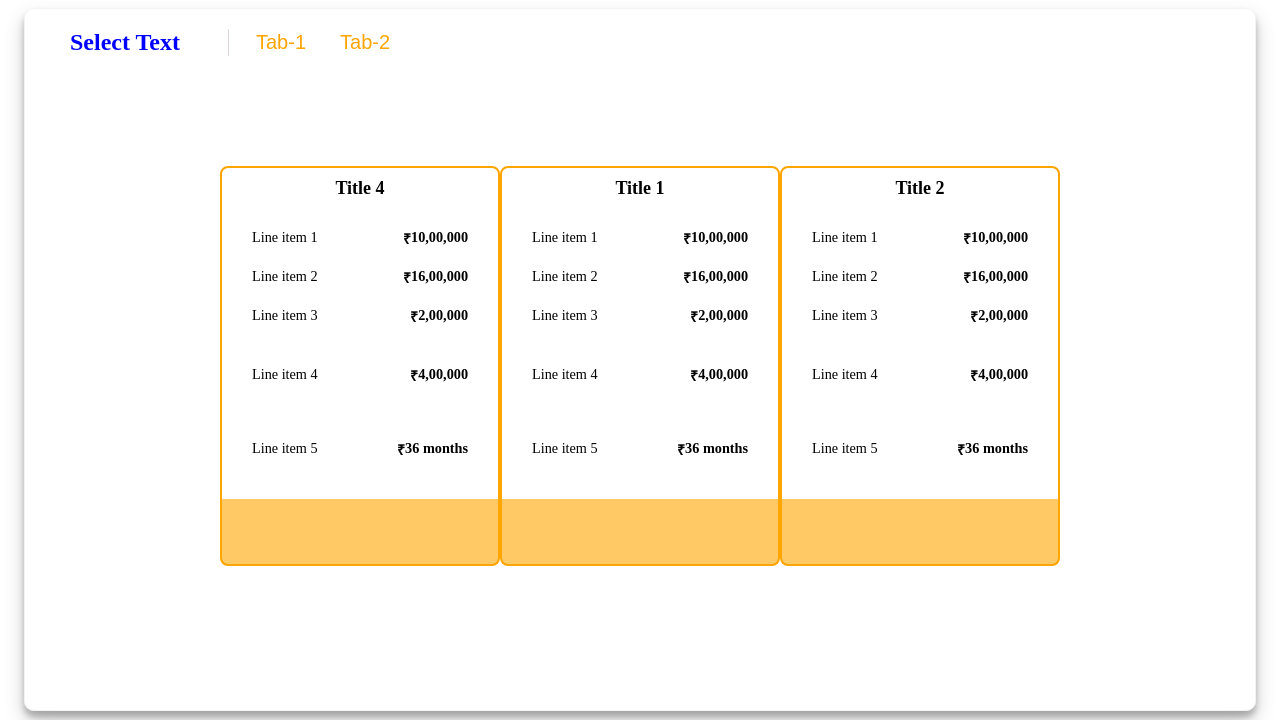
Repository: Adityanarayan-tiwari/Cardbox
Page: index.html
The author's editor kept a copy of each file at every save. The page is drawn from the files as they stood at one save, then again after a run of saves.
The browser window is 1280 px wide. The pictures show the whole page.

Above is the page before, as saved 2020-07-25 15:39:20.

### index.html
<!DOCTYPE html>
<html lang="en">
<head>
    <meta charset="UTF-8">
    <meta name="viewport" content="width=device-width, initial-scale=1.0">
    <title>CardBox</title>
    <link rel="stylesheet" href="./index.css">
</head>
<body>




    <!-- Page Wrapper -->
    <div class="page-wrapper">
        <div class="page-heading" id="myDIV">
            <h2>Select Text</h2>
            <button class="prev btn">Tab-1</button>
            <button class="next btn">Tab-2</button>
        </div>

        <!-- Card Slider -->
        <div class="card-slider">

            <!--  Card Wrapper -->
                <div class="card-wrapper">
                    <div class="card">
                        <h3>Title 1</h3>
                    <div class="card-content">
                        <ul>
                            <li>Line item 1</li>
                            <li><span>&#8377</span>10,00,000</li>
                        </ul>
                        <ul>
                            <li>Line item 2</li>
                            <li><span>&#8377</span>16,00,000</li>
                        </ul>
                        <ul>
                            <li>Line item 3</li>
                            <li><span>&#8377</span>2,00,000</li>
                        </ul>
                        <ul>
                            <li>Line item 4</li>
                            <li><span>&#8377</span>4,00,000</li>
                        </ul>
                        <ul>
                            <li>Line item 5</li>
                            <li><span>&#8377</span>36 months</li>
                        </ul>
                    </div>
                    <div class="lower"></div>
                    </div>
                    <div class="card">
                        <h3>Title 2</h3>
                    <div class="card-content">
                        <ul>
                            <li>Line item 1</li>
                            <li><span>&#8377</span>10,00,000</li>
                        </ul>
                        <ul>
                            <li>Line item 2</li>
                            <li><span>&#8377</span>16,00,000</li>
                        </ul>
                        <ul>
                            <li>Line item 3</li>
                            <li><span>&#8377</span>2,00,000</li>
                        </ul>
                        <ul>
                            <li>Line item 4</li>
                            <li><span>&#8377</span>4,00,000</li>
                        </ul>
                        <ul>
                            <li>Line item 5</li>
                            <li><span>&#8377</span>36 months</li>
                        </ul>
                    </div>
                    <div class="lower"></div>
                    </div>
                    <div class="card">
                        <h3>Title 3</h3>
                    <div class="card-content">
                        <ul>
                            <li>Line item 1</li>
                            <li><span>&#8377</span>10,00,000</li>
                        </ul>
                        <ul>
                            <li>Line item 2</li>
                            <li><span>&#8377</span>16,00,000</li>
                        </ul>
                        <ul>
                            <li>Line item 3</li>
                            <li><span>&#8377</span>2,00,000</li>
                        </ul>
                        <ul>
                            <li>Line item 4</li>
                            <li><span>&#8377</span>4,00,000</li>
                        </ul>
                        <ul>
                            <li>Line item 5</li>
                            <li><span>&#8377</span>36 months</li>
                        </ul>
                    </div>
                    <div class="lower"></div>
                    </div>
                    <div class="card">
                        <h3>Title 4</h3>
                    <div class="card-content">
                        <ul>
                            <li>Line item 1</li>
                            <li><span>&#8377</span>10,00,000</li>
                        </ul>
                        <ul>
                            <li>Line item 2</li>
                            <li><span>&#8377</span>16,00,000</li>
                        </ul>
                        <ul>
                            <li>Line item 3</li>
                            <li><span>&#8377</span>2,00,000</li>
                        </ul>
                        <ul>
                            <li>Line item 4</li>
                            <li><span>&#8377</span>4,00,000</li>
                        </ul>
                        <ul>
                            <li>Line item 5</li>
                            <li><span>&#8377</span>36 months</li>
                        </ul>
                    </div>
                    <div class="lower"></div>
                    </div>
                </div>
            <!-- // Card Wrapper -->

        </div>
        <!-- // Card Slider -->

    </div>
    <!-- // Page Wrapper -->







    <!-- JQuery cdn Link -->
    <script src="https://code.jquery.com/jquery-3.5.1.slim.min.js"></script>

    <!-- Slick Carousel JS cdn Link -->
    <script type="text/javascript" src="https://cdn.jsdelivr.net/npm/slick-carousel@1.8.1/slick/slick.min.js"></script>

    <!-- Custom JavaScript -->
    <script src="./index.js"></script>
</body>
</html>

### index.css

.page-wrapper{
    max-width: 1200px;
    margin: 0 auto;
    padding: 0 15px;
    border: 1px solid #f3f3f3;
    box-shadow: 0 10px 20px rgba(0,0,0,0.19), 0 6px 6px rgba(0,0,0,0.23);
    border-radius: 10px;
}

.page-heading{
    display: flex;
}
.page-heading h2 {
    margin: 20px 30px;
    color: blue;
    padding-right: 4%;
    border-right: 1px solid rgb(223, 213, 213);
    margin-right: 10px;
}
.page-heading .next,.prev {
    margin: 10px;
    display: block;
    background: transparent;
    border: 1px solid transparent;
    color: orange;
    font-size: 20px;
    outline: none;
    cursor: pointer;
}
/* .page-heading .next:hover{
    text-decoration: underline;
}
.page-heading .prev:hover{
    text-decoration: underline;
} */



.card-slider{
    margin: 2% auto 0% auto;
    /* background-color:yellowgreen; */
    /* border: 1px solid black;     */
}
.card-slider .card-wrapper{
    width: 70%;
    height: 550px;
    margin: 0 auto;
    overflow: hidden;
    /* background-color: bisque; */
    /* border:1px solid green; */
    padding: 3% 0 2% 0%;
}


.card-slider .card-wrapper .card{
    max-width: 300px;
    min-height: 400px;
    margin: 30px 0px 20px 0px;

    border: 2px solid orange;
    border-radius: 8px;
    background:white;
    outline: none;
    box-sizing:border-box;

    display: inline-block;
    position: relative;
}



.card h3{
    font-size: 18px;
    margin:0 auto;
    margin-top: 10px;
    margin-bottom:0px;
    text-align: center;
}


.card-content{
    padding: 20px 10px;
    padding-bottom: 60px;
}
.card-content ul{
    padding: 0;
    margin: 0;
    padding: 10px 0;
    display: flex;
    justify-content: space-between;
}
.card-content ul li{
    list-style: none;
    display: flex;
    padding: 0 20px;
    font-size: 0.89em;
}
.card-content ul li:nth-child(2){
    font-weight: bold;
}

.card-content ul:nth-child(4) {
    padding-top: 30px;
    padding-bottom: 35px;
}
.card-content ul:nth-child(5){
    padding-top: 20px;
    padding-bottom: 5px;
}
.lower {
    width: 100%;
    background: orange;
    height: 65px;
    box-sizing: border-box;
    position: absolute;
    bottom: 0;
    padding-top: 10px;
    opacity: .6;
}


    /* card hover  */

    /* .card:hover:after{
    position: absolute;
    content:'';
    bottom:-15px;
    width: 100%;
    height: 6px;
    border-radius: 40%;
    background:rgb(247, 243, 243);
} */





.card:hover {
    transform:  translateX(0px) translateY(-32px) translateZ(0px) scale(1.2);
    transition: 1s ease-in-out;
    z-index: 1;
}

.card:hover h3{
    background: orange;
    border-radius: 20px;
    color: white;
    padding: 1% 3% 4% 3%;
    position: absolute;
    top: -3%;
    left: 50%;
    transform: translate(-50%,-50%);
    width: 150px;
}
.card:hover .middle {
    padding-top: 50px;
    padding-bottom: 60px;
}


.slick-slide + .slick-slide {
    pointer-events: none;
}
.slick-slide + .slick-current  {
    pointer-events: fill;
}



.card-wrapper .card:nth-child(1){
    order: 1;
    /* pointer-events: none; */
}
.card-wrapper .card:nth-child(2){
    order: 2;
}





/* mystyle */


.btnactive {
    text-decoration: underline;
  }


.active{
    transform:  translateX(0px) translateY(-32px) translateZ(0px) scale(1.2);
    transition: 1s ease-in-out;
    z-index: 1;
}

.active:after{
    position: absolute;
    content:'';
    bottom:-15px;
    width: 100%;
    height: 6px;
    border-radius: 40%;
    background:rgb(247, 243, 243);
}

### index.js

// Add active class to the current button (highlight it)
var header = document.getElementById("myDIV");
var btns = header.getElementsByClassName("btn");
for (var i = 0; i < btns.length; i++) {
  btns[i].addEventListener("click", function() {
  var current = document.getElementsByClassName("btnactive");
  if (current.length > 0) {
    current[0].className = current[0].className.replace(" btnactive", "");
  }
  this.className += " btnactive";
  });
}

function myFunction() {
    var  name, arr;
    var btnselement = getElementsByClassName("slick-center");
    name = "active";
    arr = btnselement.className.split(" ");
    if (arr.indexOf(name) == -1) {
        btnselement.className += " " + name;
    }
  }







$(document).ready(function(){
    $('.card-wrapper').slick({

    slidesToShow: 3,
    slidesToScroll: 1,

    accessibility: true,
    adaptiveHeight: true,
    centerMode: true,
    centerPadding: '0px',

    nextArrow:$('.next'),
    prevArrow:$('.prev'),
    responsive: [
    {
        breakpoint: 1240,
        settings: {
            arrows: true,
            slidesToShow: 3
        }
        },
        {
        breakpoint: 768,
        settings: {
            arrows: false,
            slidesToShow: 3
        }
        },
        {
        breakpoint: 480,
        settings: {
            arrows: false,
            slidesToShow: 1
        }
        }
    ]

    });
    // $('.card-wrapper').on('afterChange', function(event, slick, currentSlide){
    //     $('.card').removeClass('active');
    //     $('.card').addClass('active');
    // });

    // $('.card-wrapper').on('beforeChange', function(event, slick, currentSlide){
    //     $('.card').removeClass('active');
    //     $('.card').addClass('active');
    // });

});

After the next 3 saves:
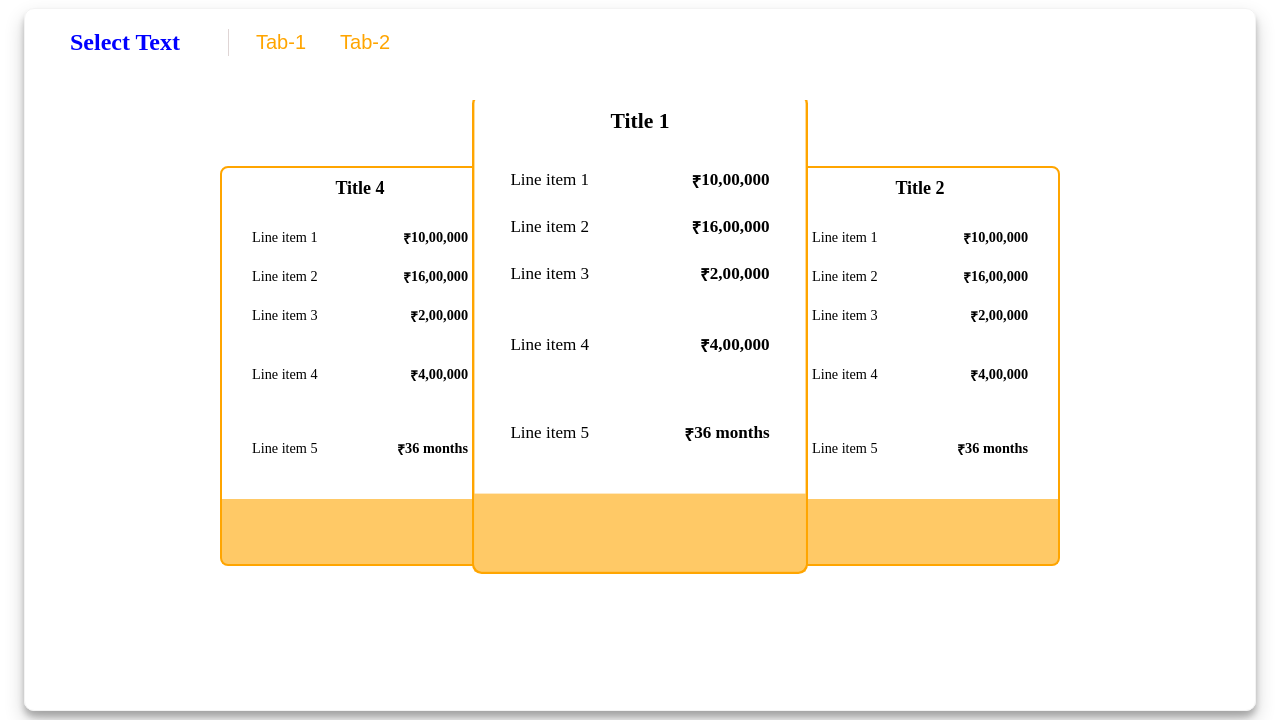
The 3 saves are shown as one change because they came seconds apart.
The last was saved 2 min 3 s later.
--- a/index.css
+++ b/index.css
@@ -193,7 +193,11 @@
     transition: 1s ease-in-out;
     z-index: 1;
 }
-
+.slick-center{
+    transform:  translateX(0px) translateY(-32px) translateZ(0px) scale(1.2);
+    transition: 1s ease-in-out;
+    z-index: 1;
+}
 .active:after{
     position: absolute;
     content:'';
